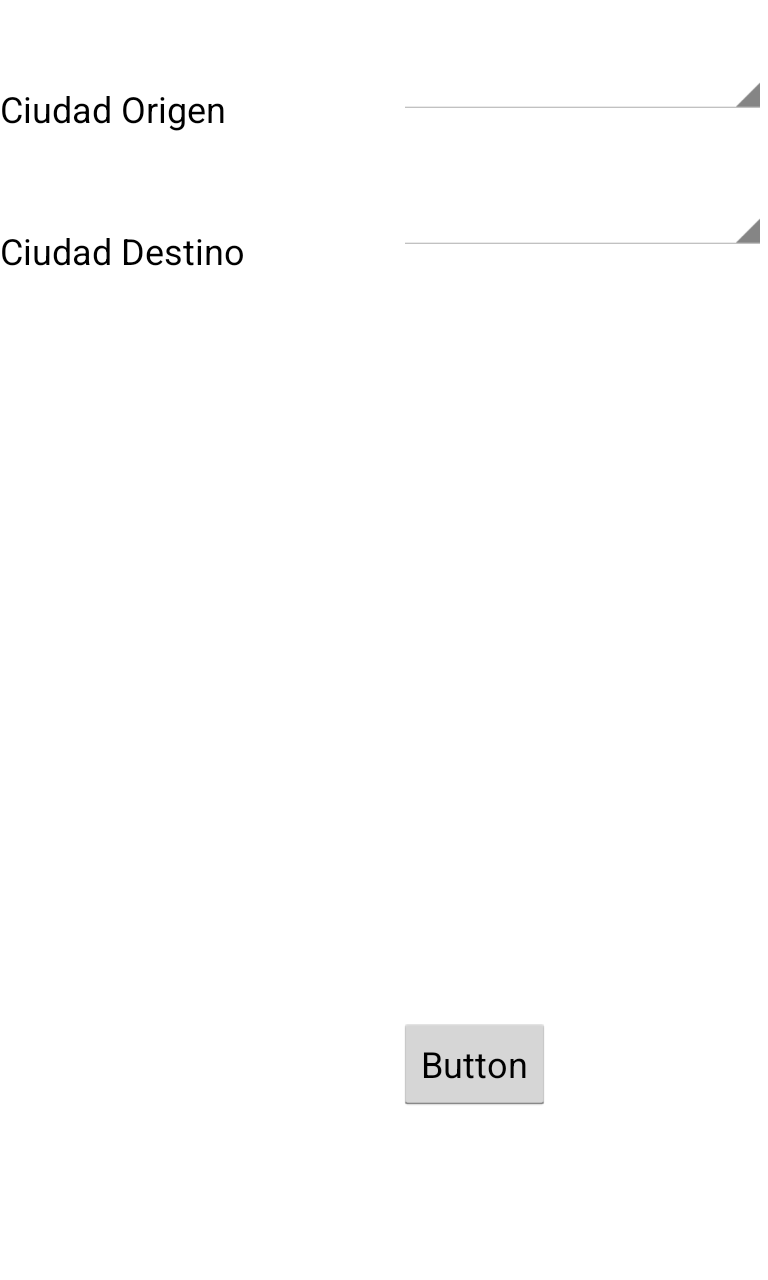
Repository: fmora/ProyectoMultimedios
Layout: MainActivity/MainActivity/res/layout/search_travel.xml
These files come from the project's save history. The layout is drawn as it stood at one moment and after the next save; the edit follows.
It is drawn on a 768 x 1280 px phone screen (xhdpi) without system bars, with theme AppTheme; the app's code is not run.

Above is the layout before, as saved 2013-12-19 19:18:38.

### MainActivity/MainActivity/res/layout/search_travel.xml
<?xml version="1.0" encoding="utf-8"?>
<RelativeLayout xmlns:android="http://schemas.android.com/apk/res/android"
    android:layout_width="match_parent"
    android:layout_height="match_parent"
    android:orientation="vertical" >

    <Button
        android:id="@+id/button1"
        android:layout_width="wrap_content"
        android:layout_height="wrap_content"
        android:layout_alignParentBottom="true"
        android:layout_alignParentRight="true"
        android:layout_marginBottom="84dp"
        android:layout_marginRight="108dp"
        android:text="Button" />

    <Spinner
        android:id="@+id/spinner1"
        android:layout_width="match_parent"
        android:layout_height="wrap_content"
        android:layout_alignLeft="@+id/button1"
        android:layout_alignParentTop="true"
        android:layout_marginTop="26dp" />

    <Spinner
        android:id="@+id/spinner2"
        android:layout_width="match_parent"
        android:layout_height="wrap_content"
        android:layout_alignLeft="@+id/spinner1"
        android:layout_alignParentRight="true"
        android:layout_below="@+id/spinner1"
        android:layout_marginTop="36dp" />

    <TextView
        android:id="@+id/textView1"
        android:layout_width="wrap_content"
        android:layout_height="wrap_content"
        android:layout_alignParentLeft="true"
        android:layout_alignTop="@+id/spinner1"
        android:layout_marginTop="16dp"
        android:text="@string/es_source"
        android:textAppearance="?android:attr/textAppearanceMedium" />

    <TextView
        android:id="@+id/textView2"
        android:layout_width="wrap_content"
        android:layout_height="wrap_content"
        android:layout_alignParentLeft="true"
        android:layout_alignTop="@+id/spinner2"
        android:layout_marginTop="19dp"
        android:text="@string/es_destination"
        android:textAppearance="?android:attr/textAppearanceMedium" />

</RelativeLayout>

### MainActivity/MainActivity/res/values/strings.xml
<?xml version="1.0" encoding="utf-8"?>
<resources>

    <string name="app_name">Carpooling</string>
    <string name="action_settings">Settings</string>
    <string name="hello_world">Hello world!</string>
    <string name="es_registerTravel">Por favor llenar los siguientes campos respecto a la información relativa a su viaje.</string>
    <string name="es_source">Ciudad Origen</string>
    <string name="es_destination">Ciudad Destino</string>
    <string name="es_date">Fecha</string>
    <string name="es_hour">Hora</string>
    <string name="es_sourcePoint">Punto de Partida</string>
    <string name="es_sourcePointGPS">Punto de Partida GPS</string>
    <string name="es_destinationPoint">Punto de Llegada</string>
    <string name="es_destinationPointGPS">Punto de Llegada GPS</string>
    <string name="es_register">Registrar</string>
    <string name="es_cancel">Cancelar</string>
    <string name="title_activity_register_travel">Registro de Viaje</string>
    <string name="es_registring">Registrando</string>
    <string name="es_canceling">Cancelado</string>
    <string name="es_finish">Finalizado</string>
    <string name="es_registered">Registrado</string>
    <string name="es_loaded">Datos Cargados</string>
    <string name="name">user</string>
    <string name="pass">pass</string>
    <string name="error_message">Usuario y contraseña incorrectos, por favor ingrese nuevamente.</string>
    <string name="title_activity_search__travel">Search_Travel</string>
    <string name="title_activity_search_travel">SearchTravel</string>

</resources>

Loaded but not shown: MainActivity/MainActivity/res/values/styles.xml (common file); MainActivity/MainActivity/res/values-v11/styles.xml (common file); MainActivity/MainActivity/res/values-v14/styles.xml (common file)

After the next save:
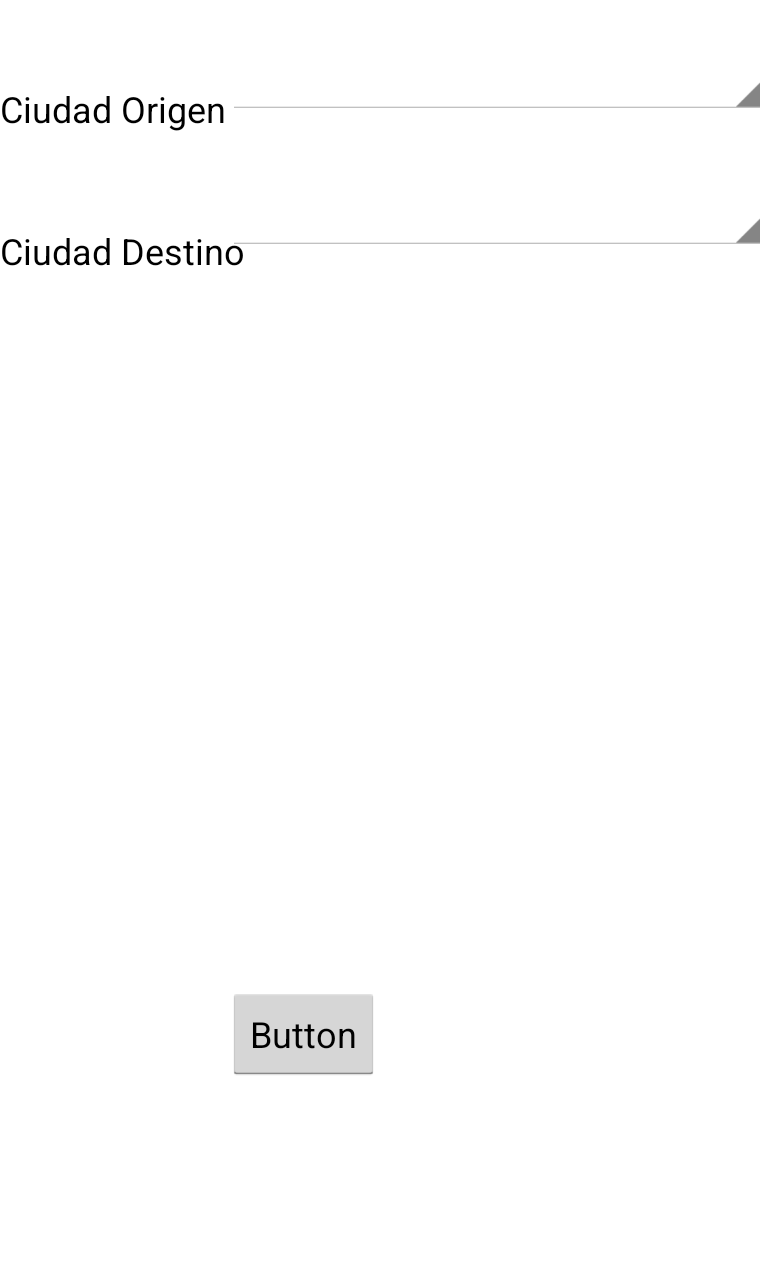
Saved 14 s later.
--- a/MainActivity/MainActivity/res/layout/search_travel.xml
+++ b/MainActivity/MainActivity/res/layout/search_travel.xml
@@ -3,16 +3,6 @@
     android:layout_width="match_parent"
     android:layout_height="match_parent"
     android:orientation="vertical" >
-
-    <Button
-        android:id="@+id/button1"
-        android:layout_width="wrap_content"
-        android:layout_height="wrap_content"
-        android:layout_alignParentBottom="true"
-        android:layout_alignParentRight="true"
-        android:layout_marginBottom="84dp"
-        android:layout_marginRight="108dp"
-        android:text="Button" />
 
     <Spinner
         android:id="@+id/spinner1"
@@ -51,4 +41,13 @@
         android:text="@string/es_destination"
         android:textAppearance="?android:attr/textAppearanceMedium" />
 
+    <Button
+        android:id="@+id/button1"
+        android:layout_width="wrap_content"
+        android:layout_height="wrap_content"
+        android:layout_alignParentBottom="true"
+        android:layout_marginBottom="99dp"
+        android:layout_toRightOf="@+id/textView1"
+        android:text="Button" />
+
 </RelativeLayout>
